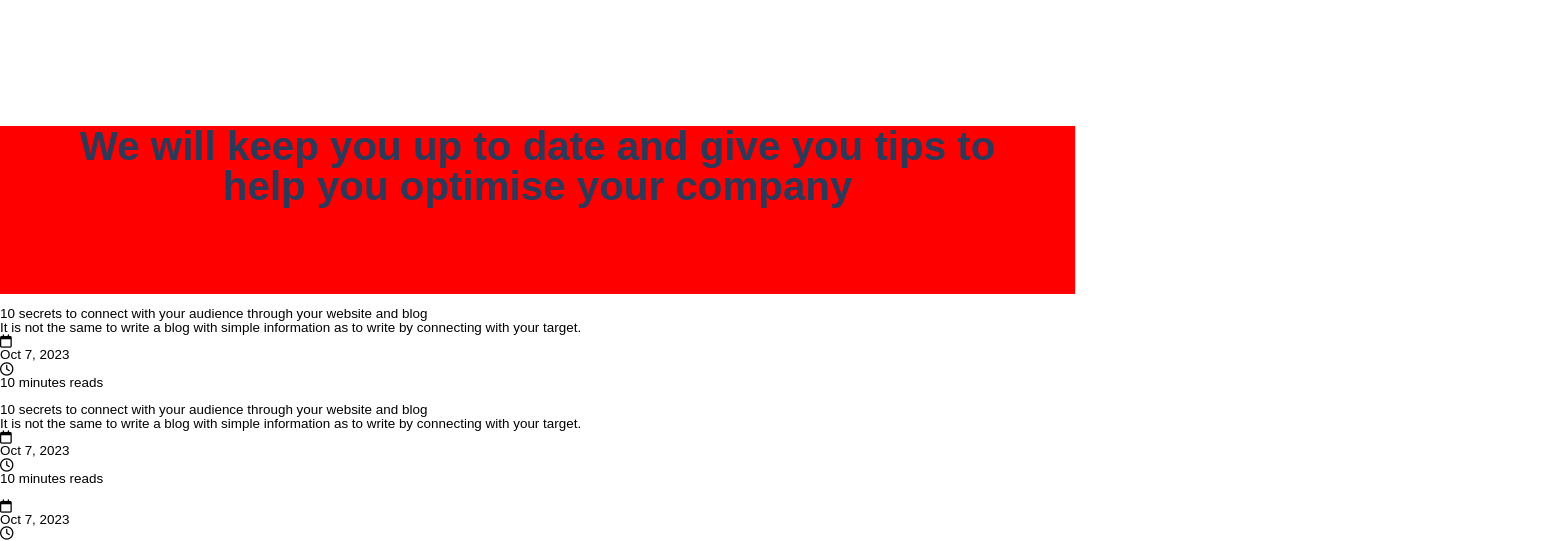
Repository: 0584386177/Clone
Page: src/page/pr.html
The author's editor kept a copy of each file at every save. The page is drawn from the files as they stood at one save, then again after the next save.
The browser window is 1280 px wide. The page is 1860 px wide, so the pictures cover 1860 px, including what lies to the right of the window. The pictures show the part of the page from y = 3269 to 3913 px (the page is 4093 px tall before and 3993 px after), at 84% of full size.
The style sheet was rebuilt from its Sass, Less or Tailwind sources for each picture, by a compiler version that may differ from the author's.

Above is the page before, as saved 2023-10-09 11:17:34.

### src/page/pr.html
<!DOCTYPE html>
<html lang="en">
  <head>
    <meta charset="UTF-8" />
    <meta name="viewport" content="width=device-width, initial-scale=1.0" />
    <link rel="stylesheet" href="/src/sass/HOME/pr.css" />
    <link
      rel="stylesheet"
      href="https://cdnjs.cloudflare.com/ajax/libs/font-awesome/6.4.2/css/all.min.css


    "
    />
    <title>Document</title>
  </head>
  <body>
    <div class="container">
      <!-- HEADER -->
      <div class="header">
        <nav>
          <div class="header--top">
            <div class="header--top_logo">
              <img
                class="logo--image"
                src="/assets/images/Frame (1).png"
                alt="logo"
              />
              <h5 class="logo--title">KhanhHoa</h5>
            </div>
            <div class="header--top_menu">
              <ul class="menu--items">
                <li class="menu--item item1 active"><a href="#">HOME</a></li>
                <li class="menu--item item2"><a href="#">SERVICES</a></li>
                <li class="menu--item item3"><a href="#">ABOUT</a></li>
                <li class="menu--item item4"><a href="#">PAGES</a></li>
                <li class="menu--item item5"><a href="#">BLOG</a></li>
                <li class="menu--item item6"><a href="#">CONTACT</a></li>
              </ul>
            </div>
            <div class="header--top_features">
              <img
                class="feature--search"
                src="/assets/images/Search.png"
                alt=""
              />
              <img
                class="feature--cart"
                src="/assets/images/Bag 2.png"
                alt=""
              />
              <a href="#" class="feature--sigin">SIGN IN</a>
            </div>
          </div>
        </nav>

        <div class="header--footer">
          <div class="header--footer_top">
            <h1>Our Work</h1>
          </div>
          <div class="header--footer_bottom">
            <ul>
              <li><a class="active" href="#">HOMEPAGE</a></li>
              /
              <li><a href="#">PROJECT</a></li>
            </ul>
          </div>
        </div>
      </div>
      <!-- HEADER END -->

      <!-- TITLE LARGE -->
      <div class="title-large">
        <h1>Get inspired by our finest work</h1>
      </div>
      <!-- TITLE LARGE END -->

      <!-- PRODUCTS -->
      <div class="products">
        <div class="product">
          <div class="product--item">
            <img
              src="https://cdn.dribbble.com/userupload/8750103/file/original-e5080c417c760827c5fd070fbbef499c.jpg?resize=752x643"
              alt=""
            />
          </div>
          <div class="product--item">
            <img
              src="https://cdn.dribbble.com/userupload/9677994/file/original-0490083fbb1ef8589651aa327eebfebc.jpg?resize=752x422"
              alt=""
            />
          </div>
          <div class="product--item">
            <img
              src="https://cdn.dribbble.com/userupload/9823072/file/original-43c3809b4064a4df853fa398d866f14f.png?resize=752x423"
              alt=""
            />
          </div>
          <div class="product--item">
            <img
              src="https://cdn.dribbble.com/userupload/10322523/file/original-17a0df77b5242c304ea306c70ce058a0.png?resize=752x564"
              alt=""
            />
          </div>
          <div class="product--item">
            <img
              src="https://cdn.dribbble.com/users/11306036/screenshots/19096555/media/0b13087c40159e04e16dd2d1852c8110.png?resize=800x600&vertical=center"
              alt=""
            />
          </div>
          <div class="product--item">
            <img
              src="https://cdn.dribbble.com/userupload/9921458/file/original-44714b23cca189e14593221aa57cba21.png?resize=320x240&vertical=center"
            />
          </div>
        </div>
        <div class="product--load">
          <button class="product--load_btn">LOAD MORE</button>
        </div>
      </div>
      <!-- PRODUCTS END -->

      <!-- RATE -->
      <div class="rate">
        <div class="rate--top">
          <h1 clzass="rate--top_title">What our clients are saying about us</h1>
          <p class="rate--top_desc">
            Customer satisfaction is a primary goal for our company
          </p>
        </div>
        <div class="rate--slide">
          <div class="rate--slide_item">
            <div class="slide--avatar">
              <img
                src="https://cdn.dribbble.com/userupload/8481502/file/original-91cc09ef04761348c0152c299502fcd5.jpg?resize=1024x879"
                alt=""
              />
            </div>
            <div class="slide--author">
              <h4>Khanh Hoa</h4>
            </div>
            <div class="slide--good">
              <span>Amazing</span>
            </div>
            <div class="slide--post">
              <p>
                Overall expericence is awesome !! I'm a visual thinker, and I
                couldn't function without a tool like this
              </p>
            </div>
          </div>
          <div class="rate--slide_item">
            <div class="slide--avatar">
              <img
                src="https://cdn.dribbble.com/userupload/8481502/file/original-91cc09ef04761348c0152c299502fcd5.jpg?resize=1024x879"
                alt=""
              />
            </div>
            <div class="slide--author">
              <h4>Khanh Hoa</h4>
            </div>
            <div class="slide--good">
              <span>Amazing</span>
            </div>
            <div class="slide--post">
              <p>
                Overall expericence is awesome !! I'm a visual thinker, and I
                couldn't function without a tool like this
              </p>
            </div>
          </div>
          <div class="rate--slide_item">
            <div class="slide--avatar">
              <img
                src="https://cdn.dribbble.com/userupload/8481502/file/original-91cc09ef04761348c0152c299502fcd5.jpg?resize=1024x879"
                alt=""
              />
            </div>
            <div class="slide--author">
              <h4>Khanh Hoa</h4>
            </div>
            <div class="slide--good">
              <span>Amazing</span>
            </div>
            <div class="slide--post">
              <p>
                Overall expericence is awesome !! I'm a visual thinker, and I
                couldn't function without a tool like this
              </p>
            </div>
          </div>
          <div class="rate--slide_item">
            <div class="slide--avatar">
              <img
                src="https://cdn.dribbble.com/userupload/8481502/file/original-91cc09ef04761348c0152c299502fcd5.jpg?resize=1024x879"
                alt=""
              />
            </div>
            <div class="slide--author">
              <h4>Khanh Hoa</h4>
            </div>
            <div class="slide--good">
              <span>Amazing</span>
            </div>
            <div class="slide--post">
              <p>
                Overall expericence is awesome !! I'm a visual thinker, and I
                couldn't function without a tool like this
              </p>
            </div>
          </div>
        </div>
        <div class="rate--icon">
          <i class="rate--icon_left fa-solid fa-arrow-left"></i>
          <i class="rate--icon_next fa-solid fa-arrow-right"></i>
        </div>
      </div>
      <!-- RATE END -->

      <!-- RECENT PROJECTS -->
      <div class="recentWrapper">
        <div class="recent">
          <div class="recent--top">
            <h1 class="recent--top_title">RECENT PROJECTS</h1>
            <div class="recent--top_icon">
              <i class="icon--left fa-solid fa-arrow-left"></i>
              <i class="icon_next fa-solid fa-arrow-right active"></i>
            </div>
          </div>
          <div class="recent--project">
            <div class="recent--project_item">
              <img
                class="item--image"
                src="https://images.unsplash.com/photo-1519852476561-ec618b0183ba?ixlib=rb-4.0.3&ixid=M3wxMjA3fDB8MHxwaG90by1wYWdlfHx8fGVufDB8fHx8fA%3D%3D&auto=format&fit=crop&w=1156&q=80"
                alt=""
              />
            </div>
            <div class="recent--project_item">
              <img
                class="item--image"
                src="https://images.unsplash.com/photo-1506355683710-bd071c0a5828?ixlib=rb-4.0.3&ixid=M3wxMjA3fDB8MHxwaG90by1wYWdlfHx8fGVufDB8fHx8fA%3D%3D&auto=format&fit=crop&w=1170&q=80"
                alt=""
              />
            </div>
            <div class="recent--project_item">
              <img
                class="item--image"
                src="https://images.unsplash.com/photo-1536048810607-3dc7f86981cb?ixlib=rb-4.0.3&ixid=M3wxMjA3fDB8MHxwaG90by1wYWdlfHx8fGVufDB8fHx8fA%3D%3D&auto=format&fit=crop&w=1335&q=80"
                alt=""
              />
            </div>
          </div>
        </div>
      </div>
      <div class="post">
        <div class="post--header">
          <h1 class="post--header_title">
            We will keep you up to date and give you tips to </h1> help you optimise
            your company
          </h1>
        </div>
        <div class="post--content">
          <div class="post--content_main">
            <div class="main--item">
              <div class="main--image">
                <img class="main--image_img" src="" alt="" />
              </div>
              <div class="main--item_title">
                10 secrets to connect with your audience through your website
                and blog
              </div>
              <div class="main--item_desc">
                It is not the same to write a blog with simple information as to
                write by connecting with your target.
              </div>
              <div class="main--item_timer">
                <div class="timer--calendar">
                  <div class="timer--calendar_icon">
                    <i class="fa-regular fa-calendar"></i>
                  </div>
                  <div class="timer--calendar_text">Oct 7, 2023</div>
                </div>
                <div class="timer--read">
                  <div class="timer--read_icon">
                    <i class="fa-regular fa-clock"></i>
                  </div>
                  <div class="timer--read_text">10 minutes reads</div>
                </div>
              </div>
            </div>
            <div class="main--item">
              <img class="main--image_img" src="" alt="" />
              <div class="main--item_title">
                10 secrets to connect with your audience through your website
                and blog
              </div>
              <div class="main--item_desc">
                It is not the same to write a blog with simple information as to
                write by connecting with your target.
              </div>
              <div class="main--item_timer">
                <div class="timer--calendar">
                  <div class="timer--calendar_icon">
                    <i class="fa-regular fa-calendar"></i>
                  </div>
                  <div class="timer--calendar_text">Oct 7, 2023</div>
                </div>
                <div class="timer--read">
                  <div class="timer--read_icon">
                    <i class="fa-regular fa-clock"></i>
                  </div>
                  <div class="timer--read_text">10 minutes reads</div>
                </div>
              </div>
            </div>
          </div>
          <div class="post--content_sub">
            <div class="sub--item">
              <div class="sub--item_top">
                <h5 class="top--title"></h5>
                <img class="top-img" src="" alt="" />
              </div>
              <div class="sub--item_footer">
                <div class="footer--calendar">
                  <div class="footer--calendar_icon">
                    <i class="fa-regular fa-calendar"></i>
                  </div>
                  <div class="footer--calendar_text">Oct 7, 2023</div>
                </div>

                <div class="footer--read">
                  <div class="footer--read_icon">
                    <i class="fa-regular fa-clock"></i>
                  </div>
                  <div class="footer--read_text">10 minutes reads</div>
                </div>
              </div>
            </div>
            <div class="sub--item">
              <div class="sub--item_top">
                <h5 class="top--title"></h5>
                <img class="top-img" src="" alt="" />
              </div>
              <div class="sub--item_footer">
                <div class="footer--calendar">
                  <div class="footer--calendar_icon">
                    <i class="fa-regular fa-calendar"></i>
                  </div>
                  <div class="footer--calendar_text">Oct 7, 2023</div>
                </div>

                <div class="footer--read">
                  <div class="footer--read_icon">
                    <i class="fa-regular fa-clock"></i>
                  </div>
                  <div class="footer--read_text">10 minutes reads</div>
                </div>
              </div>
            </div>
            <div class="sub--item">
              <div class="sub--item_top">
                <h5 class="top--title"></h5>
                <img class="top-img" src="" alt="" />
              </div>
              <div class="sub--item_footer">
                <div class="footer--calendar">
                  <div class="footer--calendar_icon">
                    <i class="fa-regular fa-calendar"></i>
                  </div>
                  <div class="footer--calendar_text">Oct 7, 2023</div>
                </div>

                <div class="footer--read">
                  <div class="footer--read_icon">
                    <i class="fa-regular fa-clock"></i>
                  </div>
                  <div class="footer--read_text">10 minutes reads</div>
                </div>
              </div>
            </div>
          </div>
        </div>
        <div></div>
      </div>
    </div>
  </body>
</html>

### src/sass/HOME/pr.scss
@import "reset";
@import "header";
@import "product";
@import "_var";
@import "rate";
@import "recent";
@import "post";

### src/sass/HOME/reset.scss
*,
*:before,
*:after {
  box-sizing: border-box;

}
* {
  margin: 0;
  padding: 0;
  font: inherit;
  font-family: sans-serif;
}
picture,
svg,
video {
  display: block;
  max-width: 100%;
}
input,
select,
textarea {
  background-color: transparent;
  outline: none;
}
button {
  cursor: pointer;
  background-color: transparent;
  outline: none;
  border: 0;
}
body {
  min-height: 100vh;
  font-weight: 400;
  font-size: 16px;
  line-height: 1;
}
.container{
  max-width: 1920px;
  margin: 0 auto;
}

### src/sass/HOME/header.scss
@import "_var";

  .header{
    width: 100%;
    max-width: 100%;
    min-height: 400px;
    background-image: url(/assets/images/bkg.png);
    background-repeat: no-repeat;
    background-size: cover;
    position: relative;

  }
  .header nav{
    height: 50px;
    margin: 0 auto;
    line-height: 50px;
  }

  .header--top{
    display: flex;
    justify-content: space-evenly;
    align-items: center;
    width: 100%;
    padding-top: 13px;
  }

.header--top_logo{
  width: 176px;
  height: 44px;
  display: flex;
  align-items: center;
  gap: 8px;

}

.logo--image{
  width: 32px;
  height: 44px;
  object-fit: cover;
  flex-shrink: 0;
}

.logo--title{
  color: $primary--color;
  font-size: 24px;
  font-weight: 600;
  text-shadow: 0 3px 4px rgba(0,0,0,0.4);
}
.header--top_menu{
  width: 470px;
}
.menu--items{
  display: flex;
  list-style-type: none;
  gap: 30px;
}
.menu--item{

}

.menu--item a{
  text-decoration: none;
  color: $primary--color;
  text-shadow: 0 2px 2px rgba(0,0,0,0.2);
  font-size: 20px;
  font-weight: 600;

}
.menu--item.active{
  border-bottom: 3px solid greenyellow;
}

.header--top_features{
  display: flex;
  justify-content: center;
  align-items: center;
  gap: 25px;
  .feature--cart,.feature--search{
    object-fit: cover;
    flex-shrink: 0;
    width: 24px;
    height: 24px;
    cursor: pointer;
  }
  .feature--sigin{
    color: $secondary--color;
    text-shadow: 0px 2px 3px rgba(0,0,0,0.2);
    cursor: pointer;
    font-size: 600;
    text-decoration: none;
  }
}

.header--footer{
  position: absolute;
  top: 50%;
  left: 50%;
  transform: translate(-50%,-50%);
}

.header--footer_top{
  font-size: 48px;
  color: $primary--color;
  font-weight: 600;
}
.header--footer_bottom{
 text-align: center;
}

.header--footer_bottom ul{
  display: flex;
  justify-content: center;
  align-items: center;
  list-style-type: none;
  gap: 10px;
  margin-top: 30px ;

   li a{
    text-decoration: none;
    font-size: 15px;
    font-weight: 600;
    color: $secondary--color;
  }
  li a.active{
    color: $primary--color;
  }
}

.title-large{
  width: 100%;
  text-align: center;
  margin: 115px 0px 85px 0px;
  font-size: 64px;
  font-weight: 600;
  color: $primary--color;

  h1{
    -webkit-text-stroke: 3x black;

  }
}

### src/sass/HOME/_var.scss
$primary--color: #2D3958;
$secondary--color: #7B88A8;
$third--color : #E7E5EA;

### src/sass/HOME/product.scss
@import "_var";
.products{
    width: 1860px;
    max-width: 100%;
    min-height: 1030px;
    margin: 0 auto;
}


.product{
    width: 100%;
    display: grid;
    grid-template-columns: 1fr 1fr 1fr;
    grid-template-rows: 400px 200px 400px;
    gap: 30px;
}
.product--item{
    width: 100%;
}
.product--item img{
    width: 600px;
    border-radius: 20px;
    object-fit: cover;
    flex-shrink: 0;
    height: 100%;
}
.product--item:nth-child(1){
    grid-column: 1/2;
    grid-row : 1/3;
}
.product--item:nth-child(2){
    grid-column: 2/3;

    grid-row : 1/2;
}
.product--item:nth-child(3){
    grid-column: 3/4;
    grid-row: 1/3;
}
.product--item:nth-child(4){
    grid-row:3/4;
}
.product--item:nth-child(5){
    grid-row:2/4;
}
.product--item:nth-child(6){
    grid-row: 3/4 ;
}
.product--load{
    width: 100%;
    height: 60px;
    line-height: 60px;
    margin-top: 80px;
    margin-bottom: 75px;
    text-align: center;
    color: $secondary--color;
}

.product--load_btn{
    width: 150px;
    background: $third--color;
    color: $secondary--color;
    border-radius: 3px;

}

### src/sass/HOME/rate.scss
@import "_var";

.rate{
  width: 1900px;
  max-width: 100%;
  height: 780px;
  background-color: #F8FAFC;
  position: relative;
}

.rate--top{
    text-align: center;

}
.rate--top_title{
    padding-top: 120px;
    font-size: 48px;
    font-weight: 600;
    margin-bottom: 30px;
    color:$primary--color;
}
.rate--top_desc{
    color: $secondary--color;
    font-size: 23px;
    font-weight: 500;
    margin-bottom: 75px;
}
.rate--slide{
    width: 100%;
    height: 100%;
    display: flex;
    justify-content: center;
    gap: 30px;

}

.rate--slide_item{
    width: 370px;
    height: 350px;
    background-color: #fff;
    border-radius: 20px;
    display: flex;
    flex-direction: column;
    text-align: center;
    gap: 20px;
}

.slide--avatar{
    margin: 0 auto;
    margin-top: 30px;
    img{
        width: 70px;
        height: 70px;
        object-fit: cover;
        flex-shrink: 0;
        border-radius: 100rem;
    }
}

.slide--author{

    h4{
    font-size: 22px;
    font-weight: 600;
    color: $primary--color ;
    }
}

.slide--good{

    span{
        display: inline-block;
        color:$primary--color;
        font-weight: 500;
        font-size: 20px;
    }
}

.slide--post{
    width: 300px;
    margin: 0 auto;
    p{

        font-size: 18px;
        color: $secondary--color;
    }
}

.rate--icon{
    width: 100%;
    display: flex;
    position: absolute;
    justify-content: end;
    top: 12rem;
    right: 22rem;
    gap: 1rem;
    font-size: 3rem;

    *{
        color: $primary--color;
        cursor: pointer;
    }
}

### src/sass/HOME/recent.scss
@import "_var";

.recentWrapper{
    width: 100%;
    height: 700px;
}

.recent{
    width: 1200px;
    height: 500px;
    margin: 0 auto;
    padding-top: 120px;

}
.recent--top{
    display: flex;
    justify-content: space-between;
    align-items: center;
    margin-bottom: 75px;

    .recent--top_title{
        font-size: 48px;
        color: $primary--color;
        font-weight: 600;
    }

    .recent--top_icon{
        display: flex;
        gap: 20px;
        font-size: 30px;
                *{
            padding: 5px 12px;
            border-radius: 20px;
            border: 1px solid $secondary--color;


        }
    }

}

.recent--top_icon *.active{

        background-color: #4F77FF;

}

.recent--project{
    display: flex;
    justify-content: center;
    align-items: center;
    gap: 30px;
}

.recent--project_item{
    width: 370px;
    height: 300px;
}
.recent--project_item .item--image{
    width: 370px;
    height: 300px;
    border-radius: 20px;
}

### src/sass/HOME/post.scss
@import "_var";
.post {
  width: 100%;
  height: 100%;
  background-color: #fff;
}

.post--header {
  width: 100%;
  height: 200px;
  color: $primary--color;
  background-color: red;
  text-align: center;
  font-size: 48px;
  font-weight: 600;
}

After the next save:
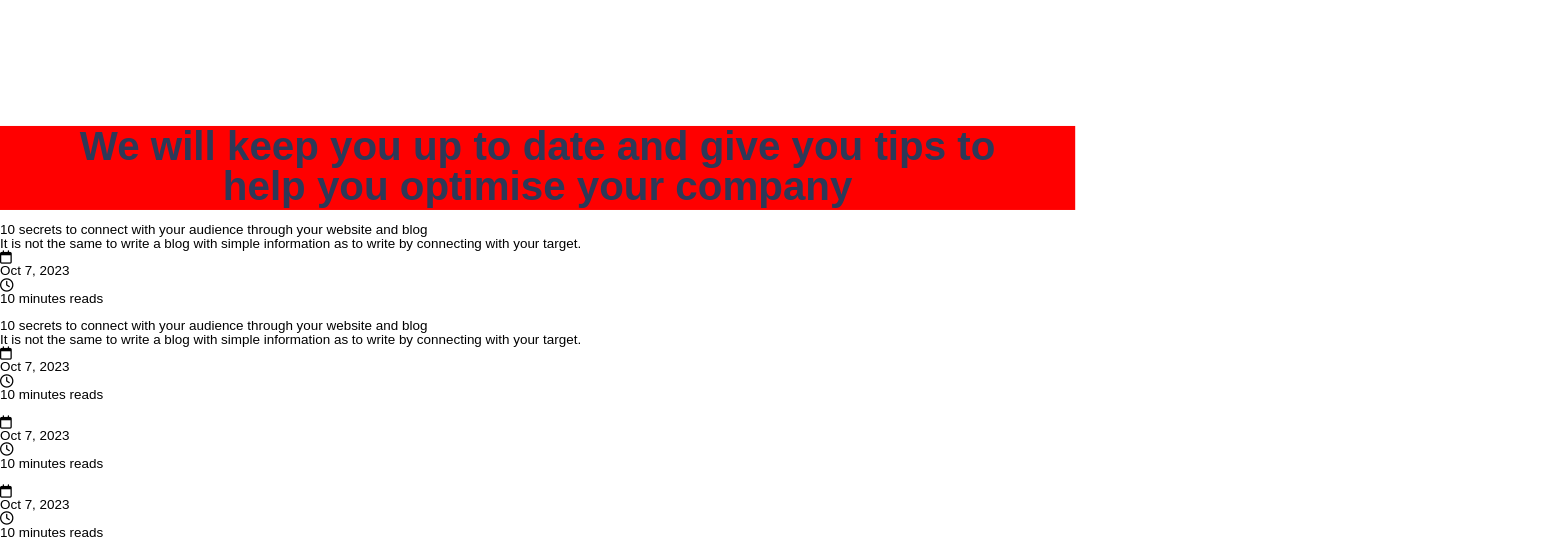
Saved 9 s later.
--- a/src/sass/HOME/post.scss
+++ b/src/sass/HOME/post.scss
@@ -7,7 +7,7 @@
 
 .post--header {
   width: 100%;
-  height: 200px;
+  height: 100px;
   color: $primary--color;
   background-color: red;
   text-align: center;
